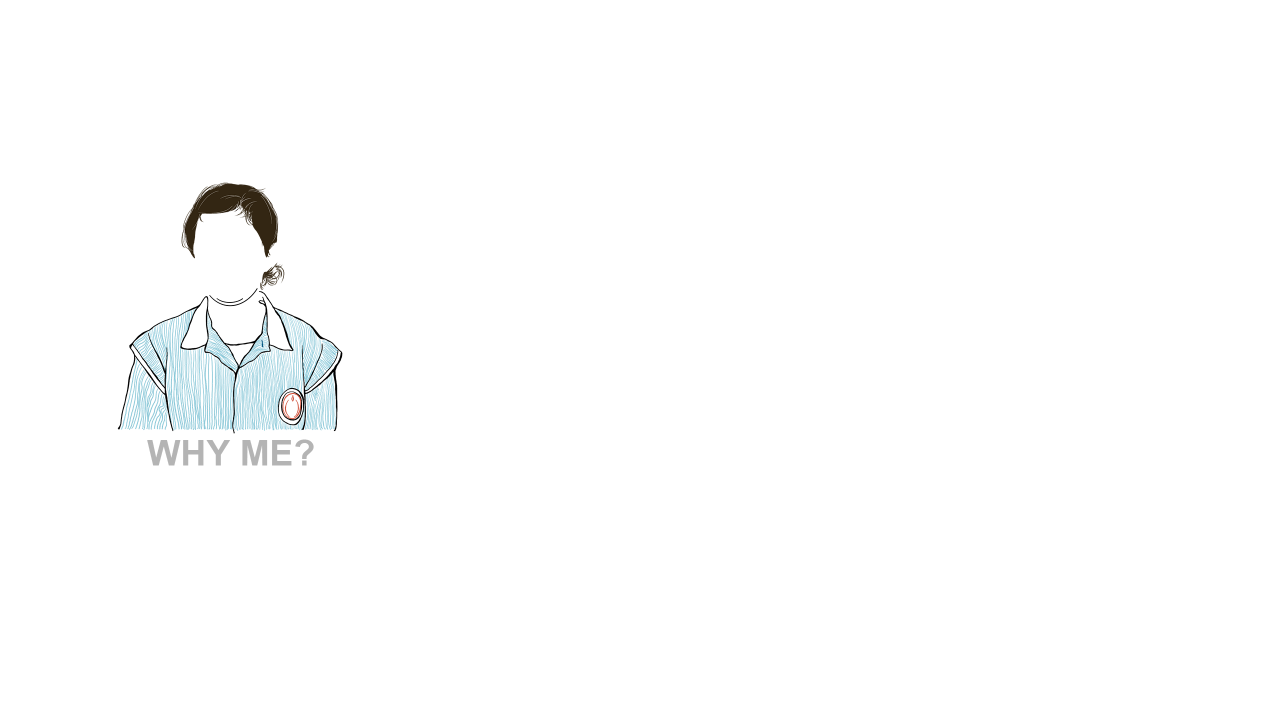
Repository: Lettie123/webpr4
Page: 04.html
The author's editor kept a copy of each file at every save. The page is drawn from the files as they stood at one save, then again after the next save.
The browser window is 1280 px wide. The pictures show the whole page.

Above is the page before, as saved 2020-11-23 23:51:10.

After the next save:
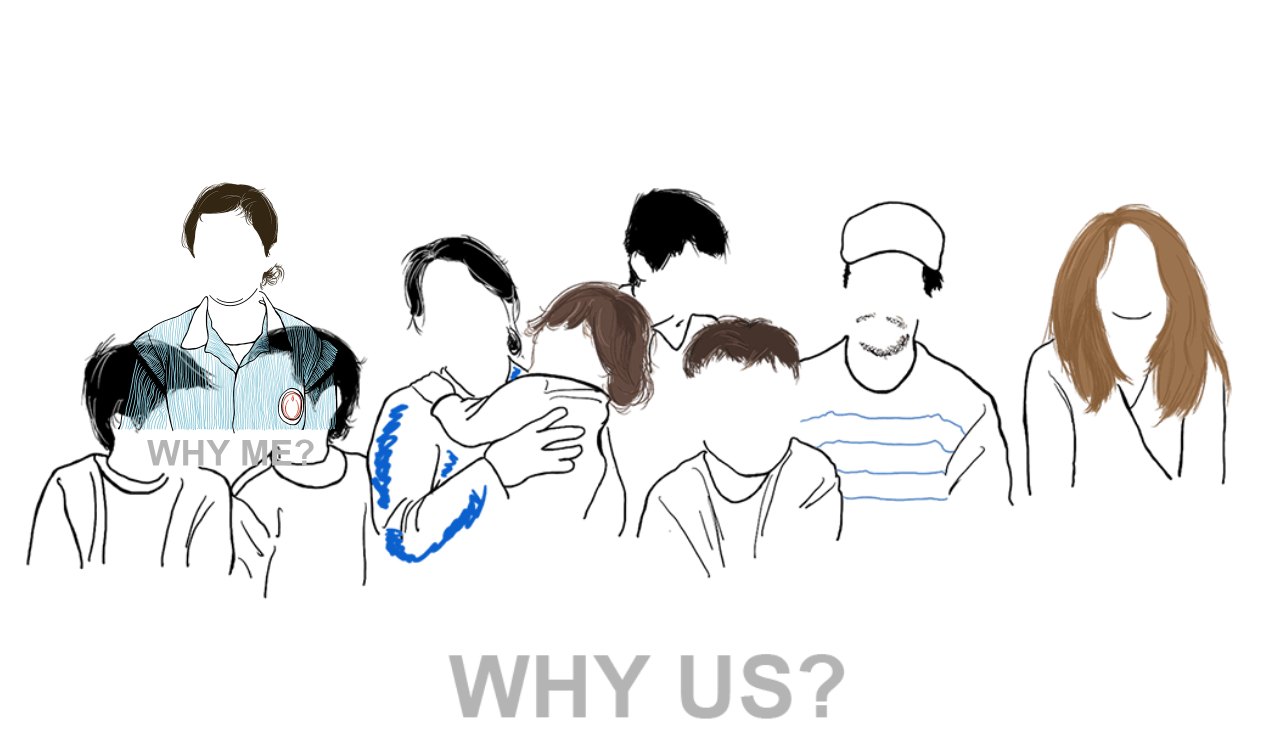
Saved 69 s later.
--- a/04.html
+++ b/04.html
@@ -13,4 +13,10 @@
                 <img src="pepic/r01.png" style="width:100%">
             </span>
         </div>
+
+        <div id="r02">
+            <span>
+                <img src="pepic/r02.png" style="width:100%">
+            </span>
+        </div>
     </body>
